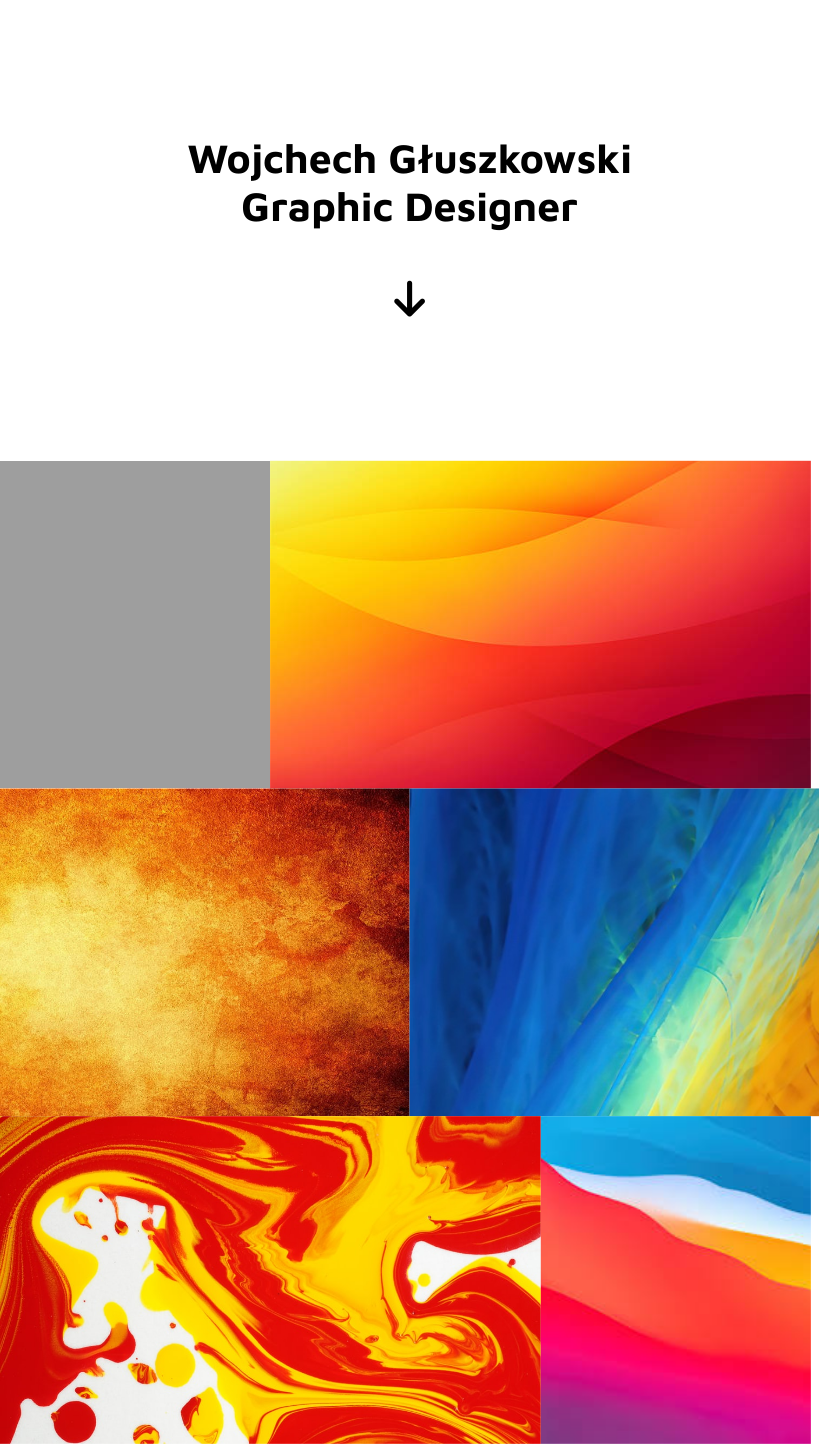
Repository: maciekto/WojciechGluszkowski-Porfolio
Page: /
These files come from the project's save history. The page is drawn as it stood at one moment and after the next save; the edit follows.
The browser window is 1280 px wide. The pictures show the whole page, at 64% of full size.
Pictures or frames that could not be fetched are drawn as grey boxes. Some web libraries are served in a nearby version. The project was rebuilt for these pictures with package versions that can differ from the ones it lists, and the page was loaded fresh each time.

Above is the page before, as saved 2022-06-07 15:01:00.

### public/index.html
<!DOCTYPE html>
<html lang="en">
  <head>
    <meta charset="utf-8" />
    <link rel="icon" href="%PUBLIC_URL%/favicon.ico" />
    <meta name="viewport" content="width=device-width, initial-scale=1" />
    <meta name="theme-color" content="#000000" />
    <meta name="description" content="Web site created using create-react-app" />
    <link rel="apple-touch-icon" href="%PUBLIC_URL%/logo192.png" />
    <!--
      manifest.json provides metadata used when your web app is installed on a
      user's mobile device or desktop. See https://developers.google.com/web/fundamentals/web-app-manifest/
    -->
    <link rel="manifest" href="%PUBLIC_URL%/manifest.json" />
    <!--
      Notice the use of %PUBLIC_URL% in the tags above.
      It will be replaced with the URL of the `public` folder during the build.
      Only files inside the `public` folder can be referenced from the HTML.

      Unlike "/favicon.ico" or "favicon.ico", "%PUBLIC_URL%/favicon.ico" will
      work correctly both with client-side routing and a non-root public URL.
      Learn how to configure a non-root public URL by running `npm run build`.
    -->
    <title>React App</title>
    <script src="https://kit.fontawesome.com/47a55d3c51.js" crossorigin="anonymous"></script>
  </head>
  <body>
    <noscript>You need to enable JavaScript to run this app.</noscript>
    <div id="root"></div>
    <!--
      This HTML file is a template.
      If you open it directly in the browser, you will see an empty page.

      You can add webfonts, meta tags, or analytics to this file.
      The build step will place the bundled scripts into the <body> tag.

      To begin the development, run `npm start` or `yarn start`.
      To create a production bundle, use `npm run build` or `yarn build`.
    -->
  </body>
</html>

### src/App.js
import React, { useState } from 'react';
import './App.scss';

function App() {

  let [HeaderClickedClass, setHeaderClickedClass] = useState()

  const Main = () => {
    setHeaderClickedClass(HeaderClickedClass = 'App-Header-Clicked')
    console.log(HeaderClickedClass)
  }


  return (
    <div className="App">
      <header className={`App-Header ${HeaderClickedClass}`}>
        Wojchech Głuszkowski<br />
        Graphic Designer
        <div className="App-Button" onClick={Main}>
          <i className="fa-solid fa-arrow-down App-Button-Arrow"></i>
        </div>

      </header>
      <main className='App-Main'>
        <div className='App-Main-Item App-Main-Item1'>

        </div>
        <div className='App-Main-Item App-Main-Item2'>

        </div>
        <div className='App-Main-Item App-Main-Item3'>

        </div>
        <div className='App-Main-Item App-Main-Item4'>

        </div>
        <div className='App-Main-Item App-Main-Item5'>

        </div>
        <div className='App-Main-Item App-Main-Item6'>

        </div>
      </main>
    </div>
  );
}

export default App;

### src/serviceWorkerRegistration.js
// This optional code is used to register a service worker.
// register() is not called by default.

// This lets the app load faster on subsequent visits in production, and gives
// it offline capabilities. However, it also means that developers (and users)
// will only see deployed updates on subsequent visits to a page, after all the
// existing tabs open on the page have been closed, since previously cached
// resources are updated in the background.

// To learn more about the benefits of this model and instructions on how to
// opt-in, read https://cra.link/PWA

const isLocalhost = Boolean(
  window.location.hostname === 'localhost' ||
    // [::1] is the IPv6 localhost address.
    window.location.hostname === '[::1]' ||
    // 127.0.0.0/8 are considered localhost for IPv4.
    window.location.hostname.match(/^127(?:\.(?:25[0-5]|2[0-4][0-9]|[01]?[0-9][0-9]?)){3}$/)
);

export function register(config) {
  if (process.env.NODE_ENV === 'production' && 'serviceWorker' in navigator) {
    // The URL constructor is available in all browsers that support SW.
    const publicUrl = new URL(process.env.PUBLIC_URL, window.location.href);
    if (publicUrl.origin !== window.location.origin) {
      // Our service worker won't work if PUBLIC_URL is on a different origin
      // from what our page is served on. This might happen if a CDN is used to
      // serve assets; see https://github.com/facebook/create-react-app/issues/2374
      return;
    }

    window.addEventListener('load', () => {
      const swUrl = `${process.env.PUBLIC_URL}/service-worker.js`;

      if (isLocalhost) {
        // This is running on localhost. Let's check if a service worker still exists or not.
        checkValidServiceWorker(swUrl, config);

        // Add some additional logging to localhost, pointing developers to the
        // service worker/PWA documentation.
        navigator.serviceWorker.ready.then(() => {
          console.log(
            'This web app is being served cache-first by a service ' +
              'worker. To learn more, visit https://cra.link/PWA'
          );
        });
      } else {
        // Is not localhost. Just register service worker
        registerValidSW(swUrl, config);
      }
    });
  }
}

function registerValidSW(swUrl, config) {
  navigator.serviceWorker
    .register(swUrl)
    .then((registration) => {
      registration.onupdatefound = () => {
        const installingWorker = registration.installing;
        if (installingWorker == null) {
          return;
        }
        installingWorker.onstatechange = () => {
          if (installingWorker.state === 'installed') {
            if (navigator.serviceWorker.controller) {
              // At this point, the updated precached content has been fetched,
              // but the previous service worker will still serve the older
              // content until all client tabs are closed.
              console.log(
                'New content is available and will be used when all ' +
                  'tabs for this page are closed. See https://cra.link/PWA.'
              );

              // Execute callback
              if (config && config.onUpdate) {
                config.onUpdate(registration);
              }
            } else {
              // At this point, everything has been precached.
              // It's the perfect time to display a
              // "Content is cached for offline use." message.
              console.log('Content is cached for offline use.');

              // Execute callback
              if (config && config.onSuccess) {
                config.onSuccess(registration);
              }
            }
          }
        };
      };
    })
    .catch((error) => {
      console.error('Error during service worker registration:', error);
    });
}

function checkValidServiceWorker(swUrl, config) {
  // Check if the service worker can be found. If it can't reload the page.
  fetch(swUrl, {
    headers: { 'Service-Worker': 'script' },
  })
    .then((response) => {
      // Ensure service worker exists, and that we really are getting a JS file.
      const contentType = response.headers.get('content-type');
      if (
        response.status === 404 ||
        (contentType != null && contentType.indexOf('javascript') === -1)
      ) {
        // No service worker found. Probably a different app. Reload the page.
        navigator.serviceWorker.ready.then((registration) => {
          registration.unregister().then(() => {
            window.location.reload();
          });
        });
      } else {
        // Service worker found. Proceed as normal.
        registerValidSW(swUrl, config);
      }
    })
    .catch(() => {
      console.log('No internet connection found. App is running in offline mode.');
    });
}

export function unregister() {
  if ('serviceWorker' in navigator) {
    navigator.serviceWorker.ready
      .then((registration) => {
        registration.unregister();
      })
      .catch((error) => {
        console.error(error.message);
      });
  }
}

### src/App.scss
@import url('https://fonts.googleapis.com/css2?family=Kumbh+Sans&family=Maven+Pro:wght@400;500;600;700&family=Plus+Jakarta+Sans:wght@300;400;500;600;700;800&display=swap');

* {
    box-sizing: border-box;
}

.App {
    width: 100vw;
    height: auto;
    font-family: 'Maven Pro', sans-serif;
    &-Header {
        width: 100%;
        height: 100vh;
        display: flex;
        align-items: center;
        justify-content: center;
        text-align: center;
        flex-direction: column;
        font-size: 5vw;
        font-weight: 700;
        &-Clicked {
            transition: 1s;
            height: 0vh;
            font-size: 0vw;
            transform: translateY(-20vw);
        }
    }
    &-Button {
        transition: box-shadow 0.4s;
        margin-top: 5vw;
        width: 7vw;
        height: 7vw;
        box-shadow: 0px 0px 0px 0px black;
        display: grid;
        place-items: center;
        border-radius: 50%;
        cursor: pointer;
        &-Arrow {
            transition: 0.4s;

            // animation: alarm 1s alternate infinite;
            &:hover {
                transition: 0.4s;

            }
        }
        &:hover {
            transition: box-shadow 0.4s;
            border: 0px solid black;
            box-shadow: 0px 0px 1px 4px black;
            font-size: 3vw;

        }
    }
    &-Main {
        width: 100vw;
        height: auto;
        display: flex;
        flex-wrap: wrap;
        &-Item {
            transition: 0.4s;
            min-width: 25%;
            min-height: 40vw;
            // border: 2px solid white;
            cursor: pointer;
            &:hover {
                transition: 0.4s;
                box-shadow: inset 0 0 1px 10px white;
            }
        }
        &-Item1 {
            width: 33vw;
            background: url('assets/1.jpeg') center center no-repeat;
            background-size: cover;
        }
        &-Item2 {
            width: 66vw;
            background: url('assets/2.jpeg') center center no-repeat;
            background-size: cover;
        }
        &-Item3 {
            width: 50vw;
            background: url('assets/3.jpeg') center center no-repeat;
            background-size: cover;
        }
        &-Item4 {
            width: 50vw;
            background: url('assets/4.jpeg') center center no-repeat;
            background-size: cover;
        }
        &-Item5 {
            width: 66vw;
            background: url('assets/5.jpeg') center center no-repeat;
            background-size: cover;
        }
        &-Item6 {
            width: 33vw;
            background: url('assets/6.jpeg') center center no-repeat;
            background-size: cover;
        }
    }
}



@keyframes alarm {
    from {
        opacity: 0.2;
    } to {
        opacity: 1;
    }
}

Loaded but not shown: src/index.js (common file); src/index.css (common file); src/reportWebVitals.js (common file)

After the next save:
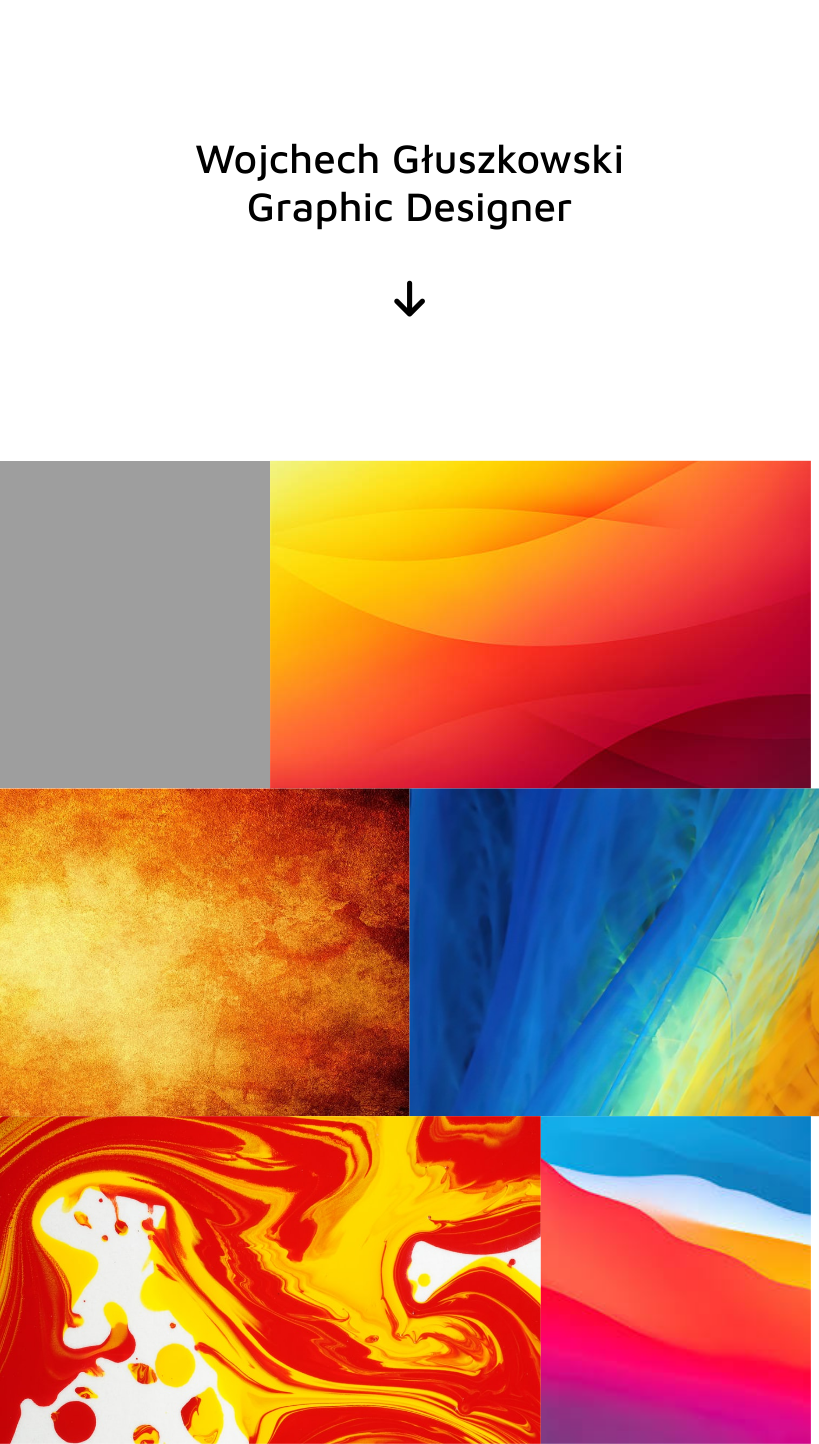
Saved 11 s later.
--- a/src/App.scss
+++ b/src/App.scss
@@ -17,7 +17,7 @@
         text-align: center;
         flex-direction: column;
         font-size: 5vw;
-        font-weight: 700;
+        font-weight: 500;
         &-Clicked {
             transition: 1s;
             height: 0vh;
